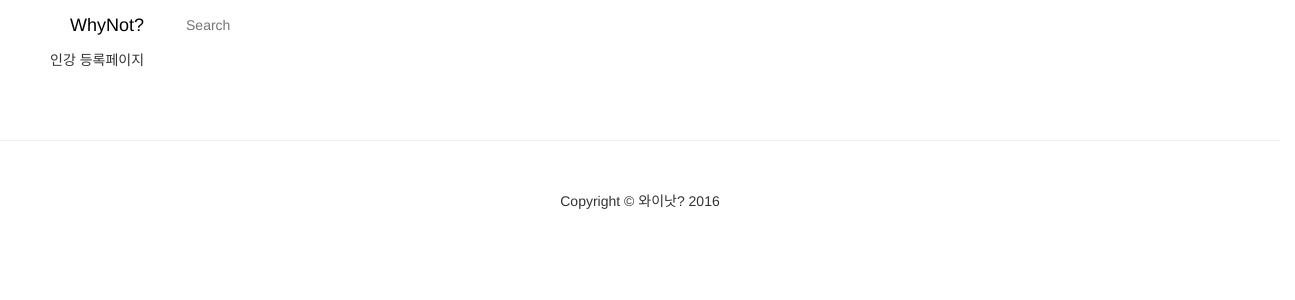
Repository: mychum1/kks
Page: http://localhost/WhyNot02/cont_insert.content
The author's editor kept a copy of each file at every save. The page is drawn from the files as they stood at one save, then again after the next save.
The browser window is 1280 px wide. The page is 1295 px wide, so the pictures cover 1295 px, including what lies to the right of the window. The pictures show the whole page.
Some web libraries are served in a nearby version. The page is served by Tomcat 9.

Above is the page before, as saved 2016-09-17 05:32:12.

After the next save:
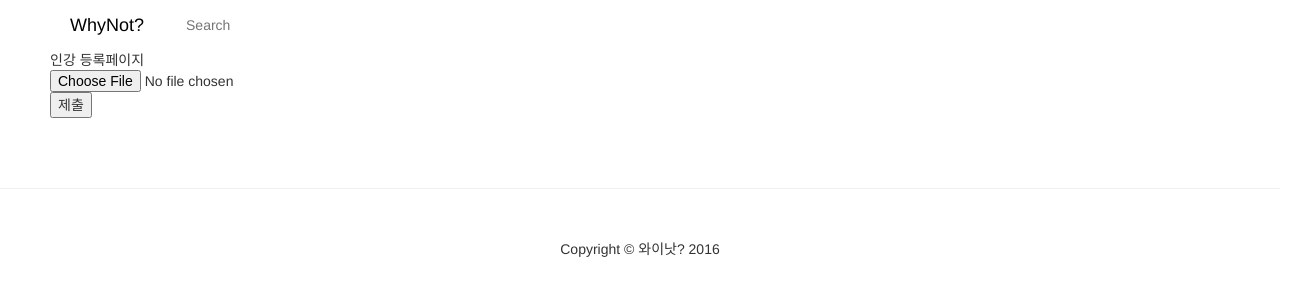
Saved 4 s later.
--- a/WhyNot02/WebContent/content/online/cont_insertForm.jsp
+++ b/WhyNot02/WebContent/content/online/cont_insertForm.jsp
@@ -7,5 +7,9 @@
 <!-- 상단 메뉴바가 css로 인해서 윗부분이 겹쳐서 div로  style="padding: px" 줌 -->
 <div style="padding:50px">
 인강 등록페이지
+<form name="f" action="insertVideo.content" method="post" enctype="multipart/form-data" onsubmit="return writeChk()">
+	<input type="file" name="filename" size="15"/>
+	<input type="submit" name="submit" value="제출"/>
+</form>
 </div>
 <%@ include file="../../bottom.jsp"%>
